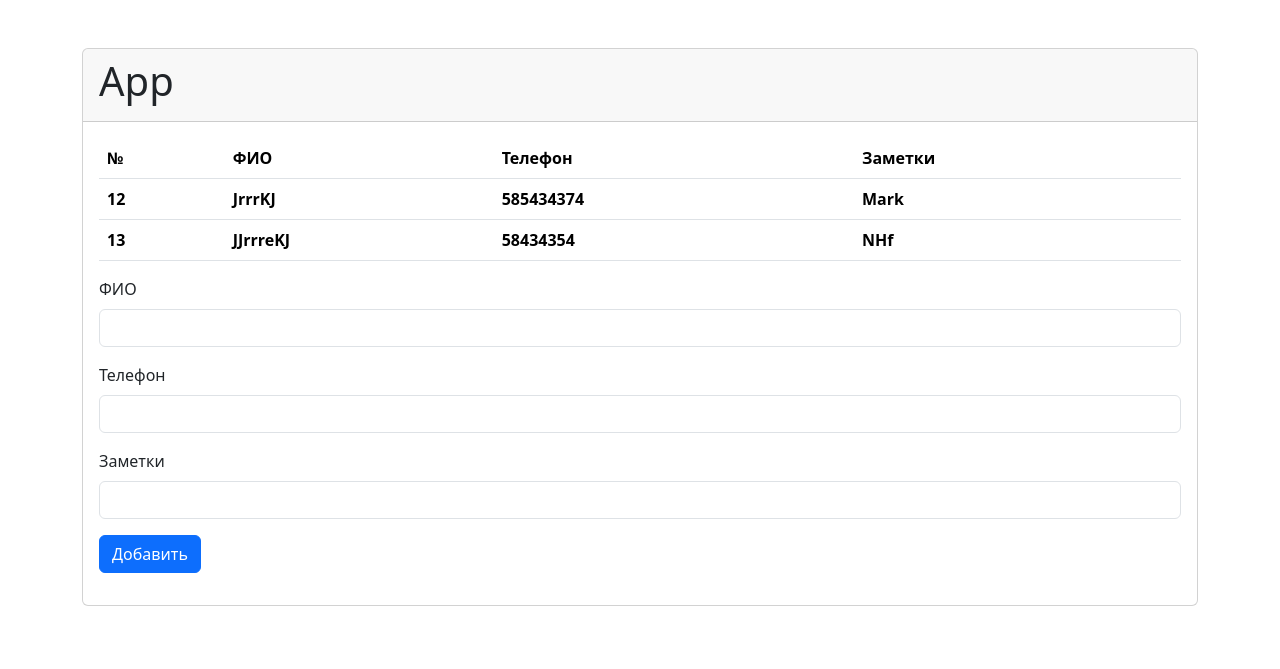
Repository: tatacheba/appstepikjavareact
Page: / (app in client/)
These files come from the project's save history. The page is drawn as it stood at one moment and after the next save; the edit follows.
The browser window is 1280 px wide. The pictures show the whole page.
The project was rebuilt for these pictures with package versions that can differ from the ones it lists, and the page was loaded fresh each time. Also part of the build but not shown: client/src/App.css.

Above is the page before, as saved 2024-11-27 14:48:17.

After the next save:
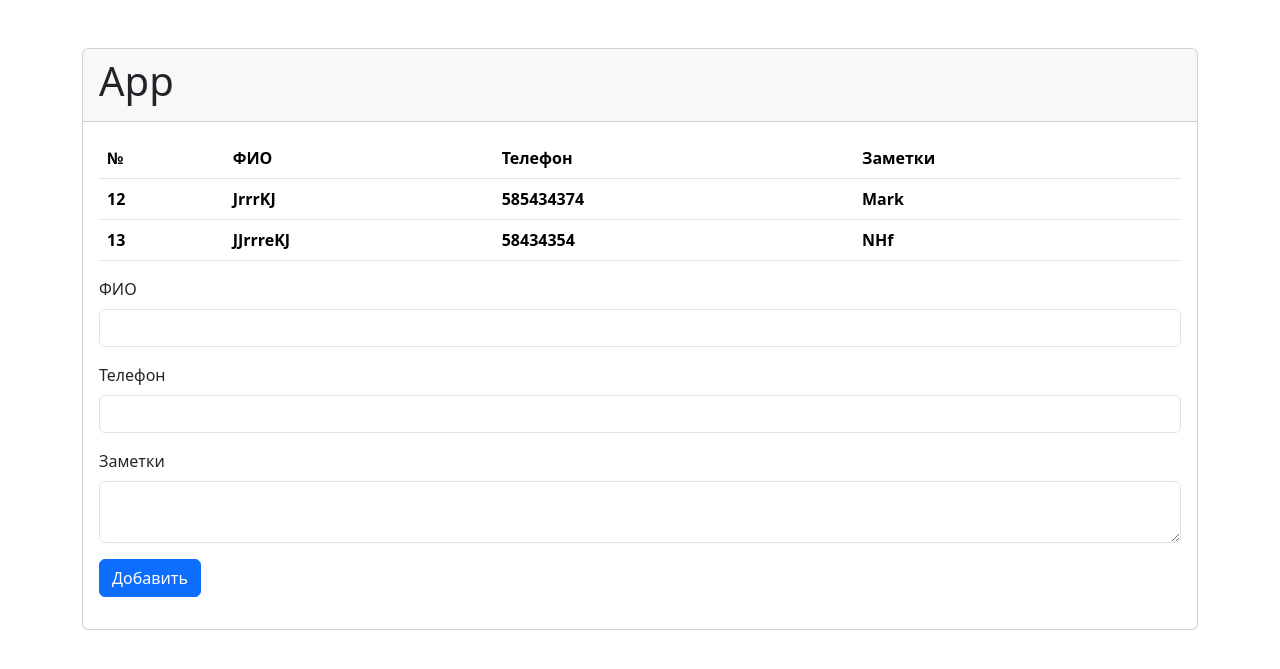
Saved 40 s later.
--- a/client/src/layouts/formNewItem/FormNewItem.js
+++ b/client/src/layouts/formNewItem/FormNewItem.js
@@ -14,7 +14,7 @@ function FormNewItem(props) {
                 </div>
                 <label className="form-label">Заметки</label>
                 <div className="mb-3">
-                    <input type="textarea" className="form-control" />
+                    <textarea type="textarea" className="form-control" />
                 </div>
                 <button
                     className="btn btn-primary"
